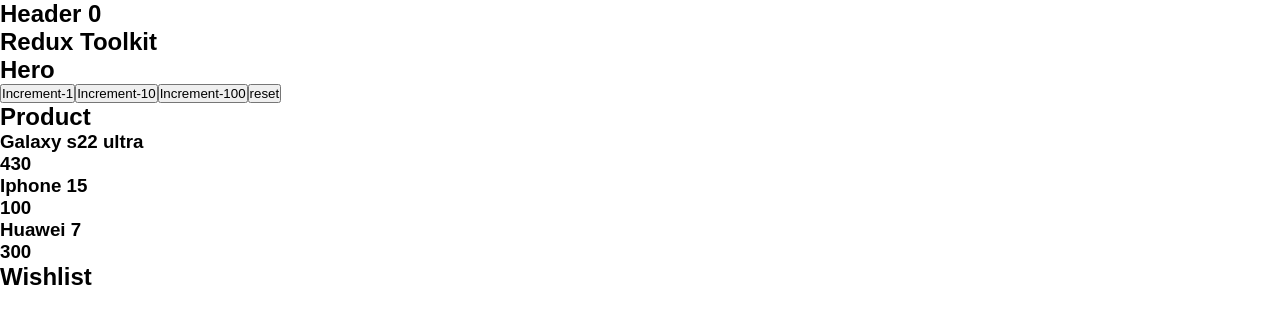
Repository: SitoraRashidova/userCrudFront
Page: /
The author's editor kept a copy of each file at every save. The page is drawn from the files as they stood at one save, then again after the next save.
The browser window is 1280 px wide. The pictures show the whole page.
The project was rebuilt for these pictures with package versions that can differ from the ones it lists, and the page was loaded fresh each time. Also part of the build but not shown: vite.config.js.

Above is the page before, as saved 2024-12-09 23:38:43.

After the next save:
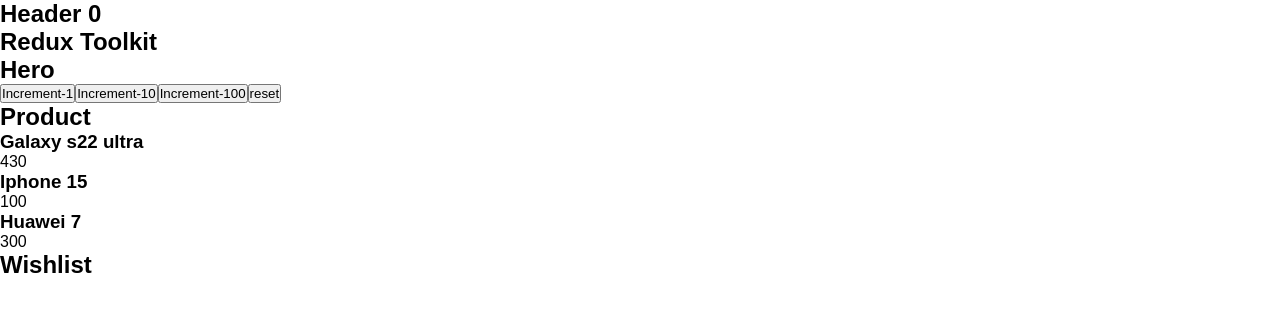
Saved 6 s later.
--- a/src/components/Product.jsx
+++ b/src/components/Product.jsx
@@ -24,7 +24,7 @@
       {DATA?.map((item) => (
         <div key={item.id}>
           <h3>{item.title}</h3>
-          <h3>{item.price}</h3>
+          <p>{item.price}</p>
         </div>
       ))}
     </div>
